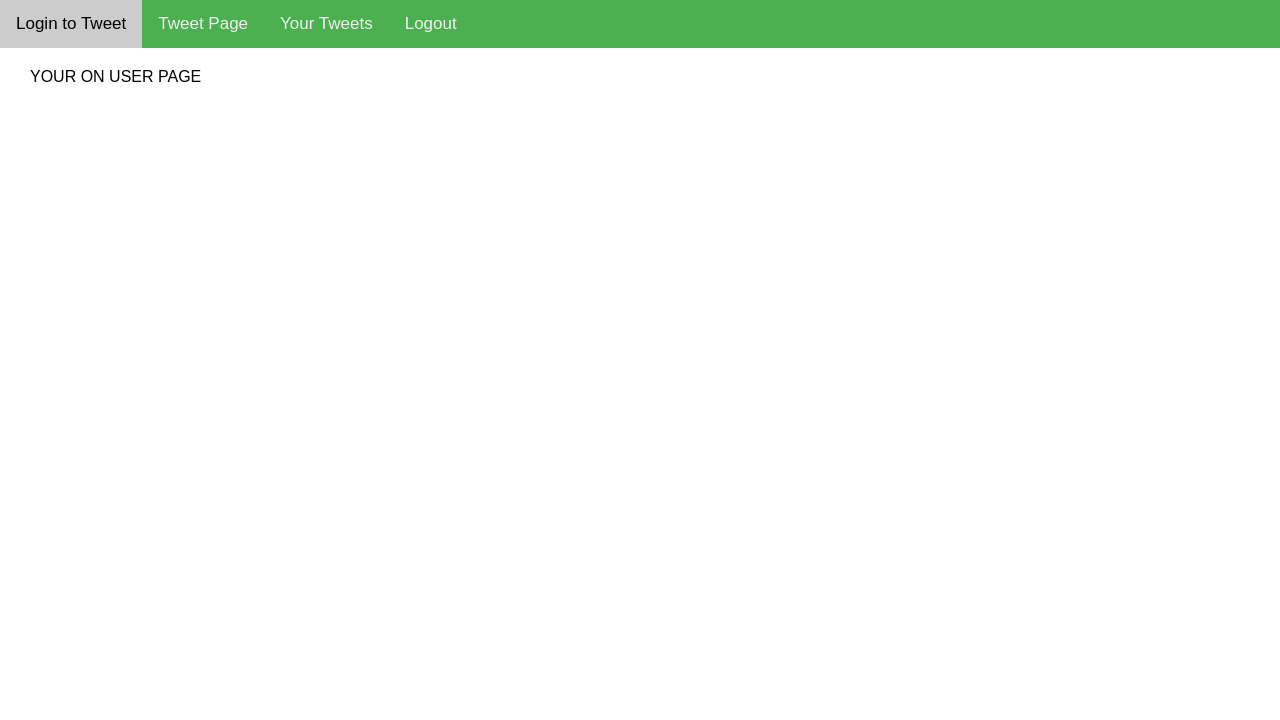
Repository: SriMerla/ServletsAndJsps
Page: http://localhost/WebApplicationProject/user.jsp
An editor plug-in stored every save of this project. The page is shown before and after the next save, followed by the edit.
The browser window is 1280 px wide. The pictures show the whole page.
The page is served by Tomcat 9. Other server files are loaded and not shown.

Above is the page before, as saved 2020-01-30 05:19:34.

### Servlets/WebApplicationProject/WebContent/user.jsp
<%@ page language="java" contentType="text/html; charset=ISO-8859-1"
    pageEncoding="ISO-8859-1"%>
<!DOCTYPE html PUBLIC "-//W3C//DTD HTML 4.01 Transitional//EN" "http://www.w3.org/TR/html4/loose.dtd">
<html>
<head>
<meta http-equiv="Content-Type" content="text/html; charset=ISO-8859-1">
<title>User Page</title>

</head>
<body>
 <jsp:include page="header.jsp"/>
<div class="content">
 <form action="user">

      YOUR ON USER PAGE
  </form>
</div>
</body>
</html>

### Servlets/WebApplicationProject/WebContent/header.jsp
<%@ page language="java" contentType="text/html; charset=ISO-8859-1"
    pageEncoding="ISO-8859-1"%>
<!DOCTYPE html PUBLIC "-//W3C//DTD HTML 4.01 Transitional//EN" "http://www.w3.org/TR/html4/loose.dtd">
<html>
<head>
<meta http-equiv="Content-Type" content="text/html; charset=ISO-8859-1">
<title>Header</title>
<link rel="stylesheet" type="text/css" href="common.css">
</head>
<body>
<div class="topnav">
 <a class="active" href='http://localhost:8080/WebApplicationProject/login.jsp'> Login to Tweet </a>
 <a href='http://localhost:8080/WebApplicationProject/tweet.jsp'> Tweet Page </a>
 <a href='http://localhost:8080/WebApplicationProject/TweetView.jsp'> Your Tweets </a>
 <a href='http://localhost:8080/WebApplicationProject/logout.jsp'> Logout </a>
</div>
</body>
</html>

### Servlets/WebApplicationProject/WebContent/common.css
@CHARSET "ISO-8859-1";
*{
	margin:0;
	padding:0;
}
body{
	margin: 0;
	font-family: Arial, Helvetica, sans-serif;
}

.topnav{
	overflow: hidden;
	background-color: #4caf50;
}

.topnav a{
	float: left;
	color: #f2f2f2;
	text-align: center;
	padding: 14px 16px;
	text-decoration: none;
	font-size: 17px;
}

.topnav a:hover{
	background-color: #ccc;
	color: black;
}

.tonav a.active {
	background-color: #4caf50;
	color: white;
}

.content{
	padding: 20px 30px;
	margin: auto;

}

### Servlets/WebApplicationProject/WebContent/footer.jsp
<%@ page language="java" contentType="text/html; charset=ISO-8859-1"
    pageEncoding="ISO-8859-1"%>
<!DOCTYPE html PUBLIC "-//W3C//DTD HTML 4.01 Transitional//EN" "http://www.w3.org/TR/html4/loose.dtd">
<html>
<head>
<meta http-equiv="Content-Type" content="text/html; charset=ISO-8859-1">
<title>footer</title>
<style type="text/css">
.footer {
   position: fixed;
   left: 0;
   bottom: 0;
   width: 100%;
   background-color: grey;
   color: white;
   text-align: center;
}

</style>
</head>
<body>
   <div class="footer">
     <p> Copyright@WebApp 2020</p>
     <p> Last Update :<%= new java.util.Date() %> </p>

   </div>
</body>
</html>

After the next save:
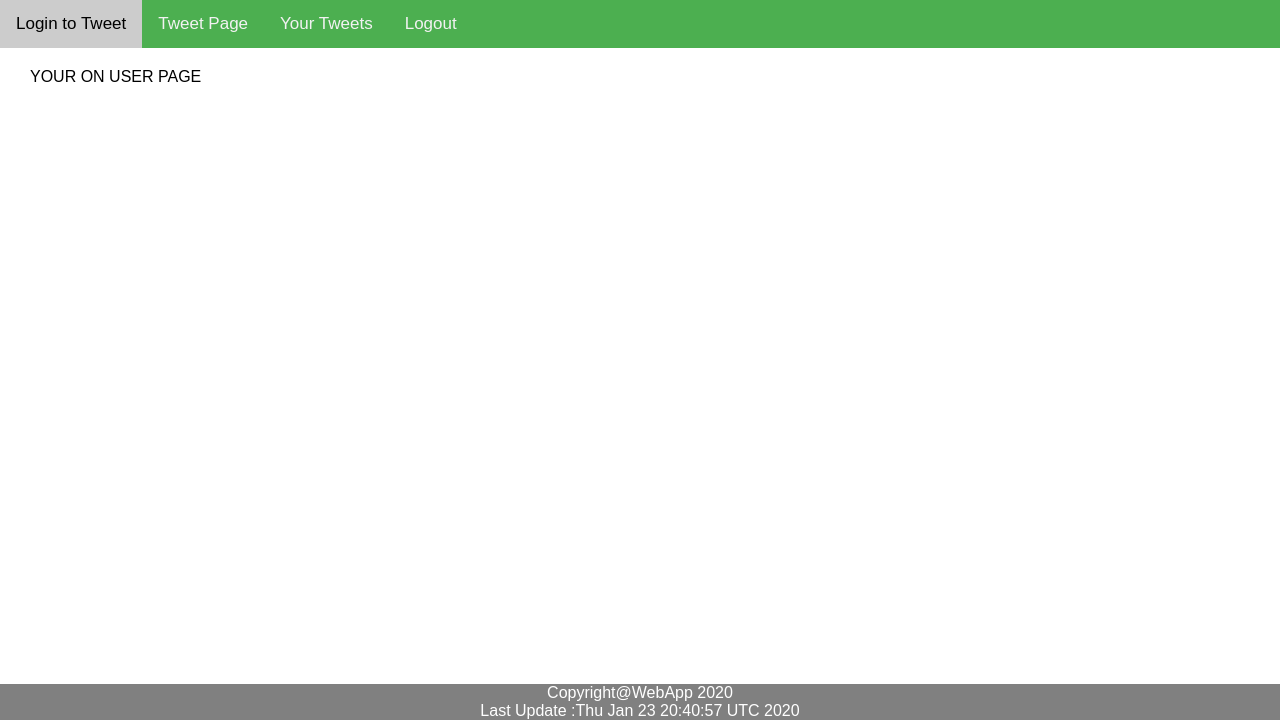
Saved 75 s later.
--- a/Servlets/WebApplicationProject/WebContent/user.jsp
+++ b/Servlets/WebApplicationProject/WebContent/user.jsp
@@ -15,5 +15,6 @@
       YOUR ON USER PAGE
   </form>
 </div>
+<jsp:include page="footer.jsp"/>
 </body>
 </html>
